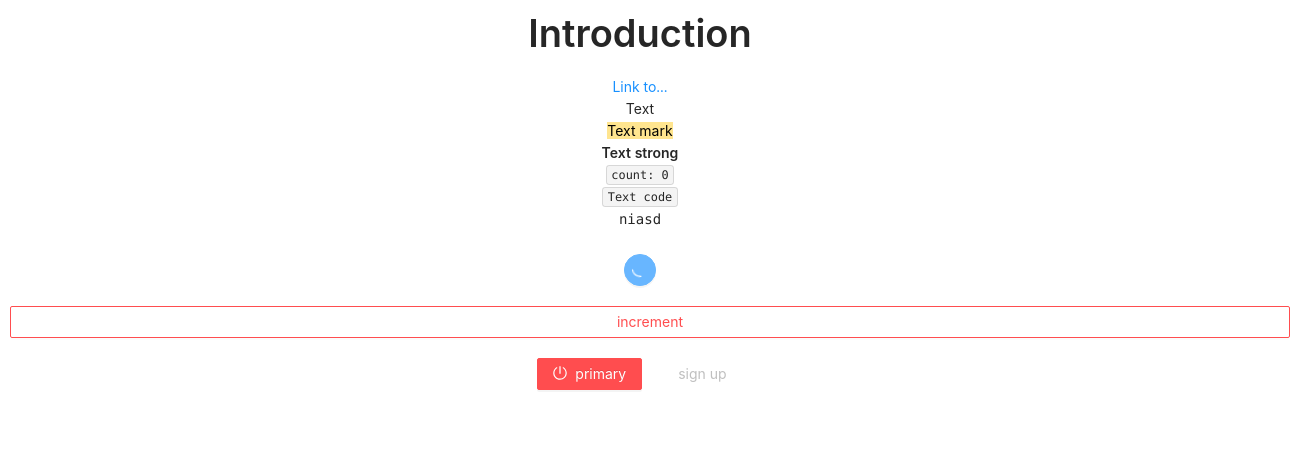
Repository: ErosHai/antd-demo
Page: /
The author's editor kept a copy of each file at every save. The page is drawn from the files as they stood at one save, then again after the next save.
The browser window is 1280 px wide. The page is 1300 px wide, so the pictures cover 1300 px, including what lies to the right of the window. The pictures show the whole page.
The project was rebuilt for these pictures with package versions that can differ from the ones it lists, and the page was loaded fresh each time.

Above is the page before, as saved 2022-04-12 15:26:57.

After the next save:
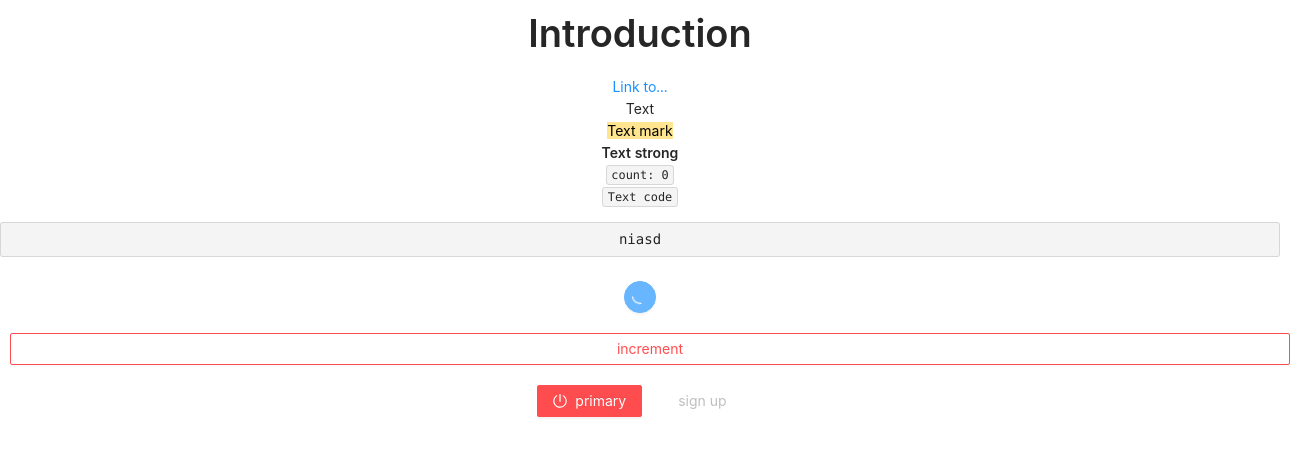
Saved 12 s later.
--- a/src/App.js
+++ b/src/App.js
@@ -18,7 +18,10 @@ function App() {
 			<Text strong>Text strong</Text>
 			<Text code> {`count: ${count}`} </Text>
 			<Text code>Text code</Text>
-			<pre>niasd</pre>
+			<Paragraph>
+				{' '}
+				<pre>niasd</pre>
+			</Paragraph>
 
 			<Tooltip title="search">
 				<Button
